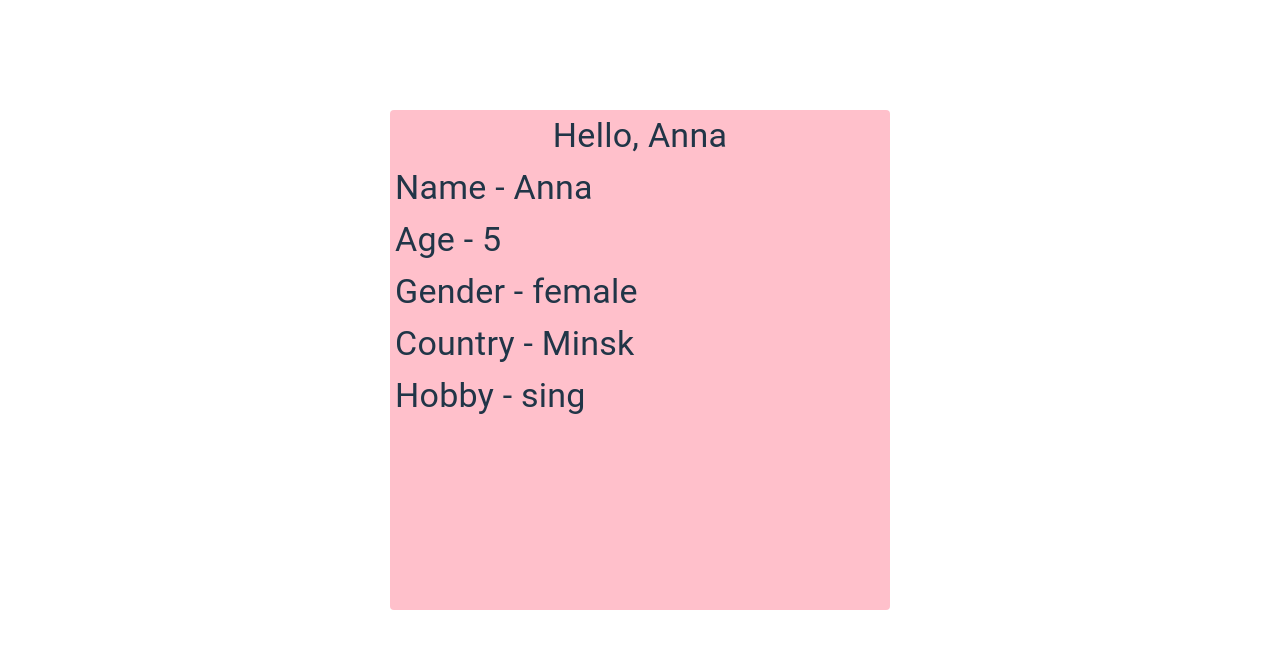
Repository: savannaaaas/props
Page: /
The author's editor kept a copy of each file at every save. The page is drawn from the files as they stood at one save, then again after the next save.
The browser window is 1280 px wide. The pictures show the whole page.
The project was rebuilt for these pictures with package versions that can differ from the ones it lists, and the page was loaded fresh each time. Also part of the build but not shown: vite.config.js.

Above is the page before, as saved 2025-07-08 00:01:16.

### src/App.jsx
import "./App.css";
import Box from "@mui/material/Box";
import { Person1 } from "./components/Person1";
/**1. Создать 6 любых компонент.
2. В компоненты передать props следующих типов данных:
number
string
boolean
object
function
array
3. Использовать в компонентах каждый prop.
4. Сделать деструктуризацию props. */
function App() {
  const obj = { country: "Minsk" };
  const sayHello = (name) => ` Hello, ${name}`;
  const hobbies = ["swim", "sing", "play vollleyball", "play basketball"];
  return (
    <Box
      sx={{
        width: 500,
        height: 500,
        borderRadius: 1,
        bgcolor: "pink",
      }}
    >
      <Person1
        name={"Anna"}
        age={5}
        men={false}
        obj={obj}
        sayHello={sayHello}
        hobbies={hobbies}
      />
    </Box>
  );
}

export default App;

### src/components/Person1.jsx
import Typography from "@mui/material/Typography";
export const Person1 = ({ name, age, men, obj, sayHello, hobbies }) => {
  return (
    <>
      <Typography variant="h4" align="center" style={{ padding: "5px" }}>
        {sayHello(name)}
      </Typography>

      <Typography variant="h4" align="left" style={{ padding: "5px" }}>
        Name - {name}
      </Typography>
      <Typography variant="h4" align="left" style={{ padding: "5px" }}>
        Age - {age}
      </Typography>
      <Typography variant="h4" align="left" style={{ padding: "5px" }}>
        Gender - {men ? "men" : "female"}
      </Typography>
      <Typography variant="h4" align="left" style={{ padding: "5px" }}>
        Country - {obj.country}
      </Typography>
      <Typography variant="h4" align="left" style={{ padding: "5px" }}>
        Hobby - {hobbies[1]}
      </Typography>
    </>
  );
};

Loaded but not shown: index.html (common file); src/main.jsx (common file); src/index.css (common file); src/App.css (common file)

After the next save:
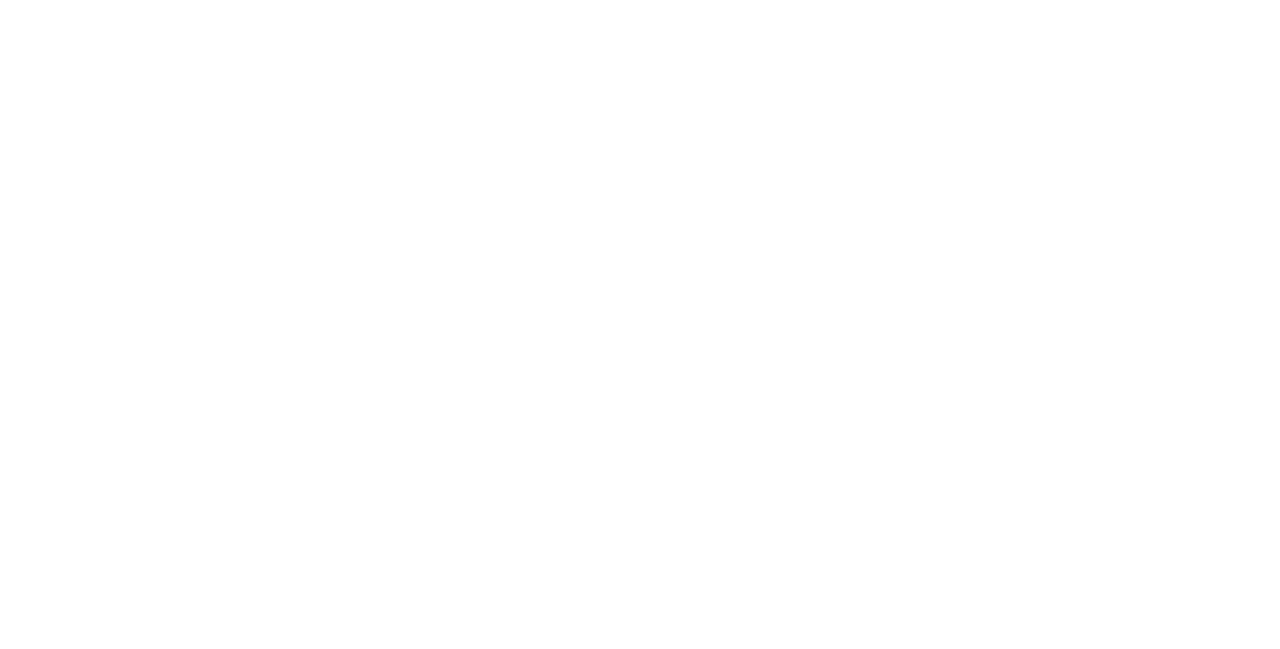
Console error: ReferenceError: Typography is not defined
Saved 4 s later.
--- a/src/App.jsx
+++ b/src/App.jsx
@@ -24,6 +24,10 @@
         bgcolor: "pink",
       }}
     >
+      {" "}
+      <Typography variant="h2" align="center" style={{ padding: "5px" }}>
+        Profile person
+      </Typography>
       <Person1
         name={"Anna"}
         age={5}

After the 2 saves that followed:
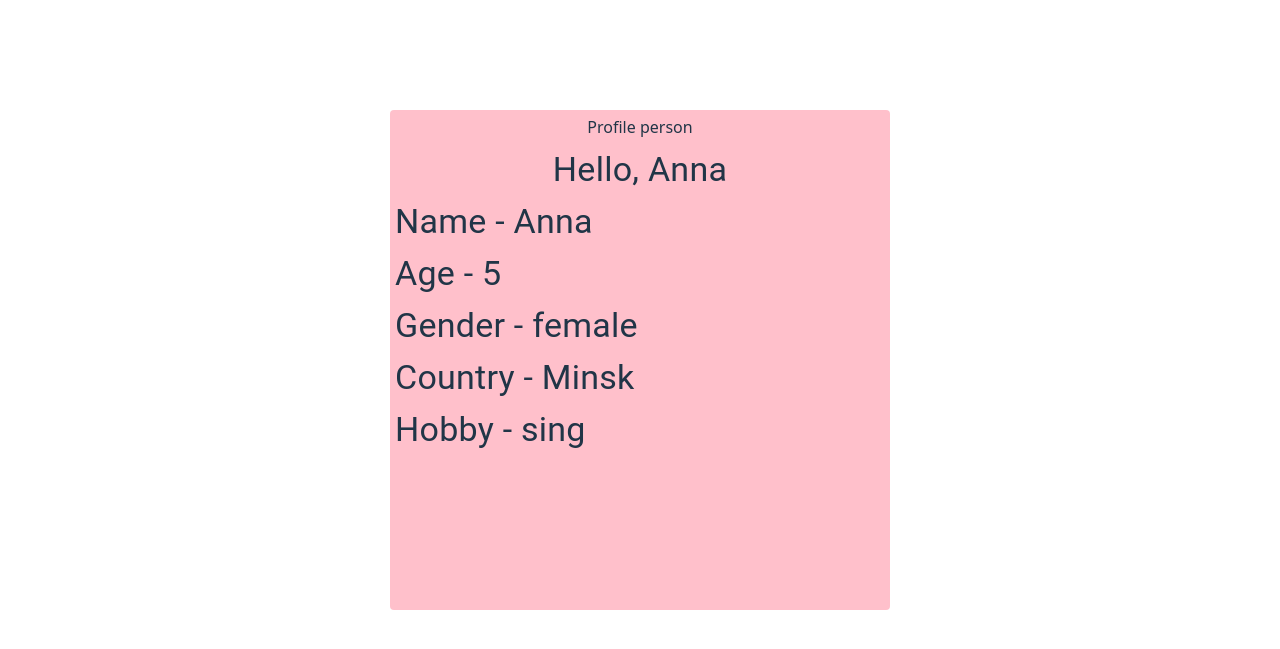
The error is gone.
The 2 saves are shown as one change because they came seconds apart.
The last was saved 18 s later.
--- a/src/App.jsx
+++ b/src/App.jsx
@@ -1,5 +1,6 @@
 import "./App.css";
 import Box from "@mui/material/Box";
+import Typography from "@mui/material/Box";
 import { Person1 } from "./components/Person1";
 /**1. Создать 6 любых компонент.
 2. В компоненты передать props следующих типов данных:
@@ -24,7 +25,6 @@
         bgcolor: "pink",
       }}
     >
-      {" "}
       <Typography variant="h2" align="center" style={{ padding: "5px" }}>
         Profile person
       </Typography>
